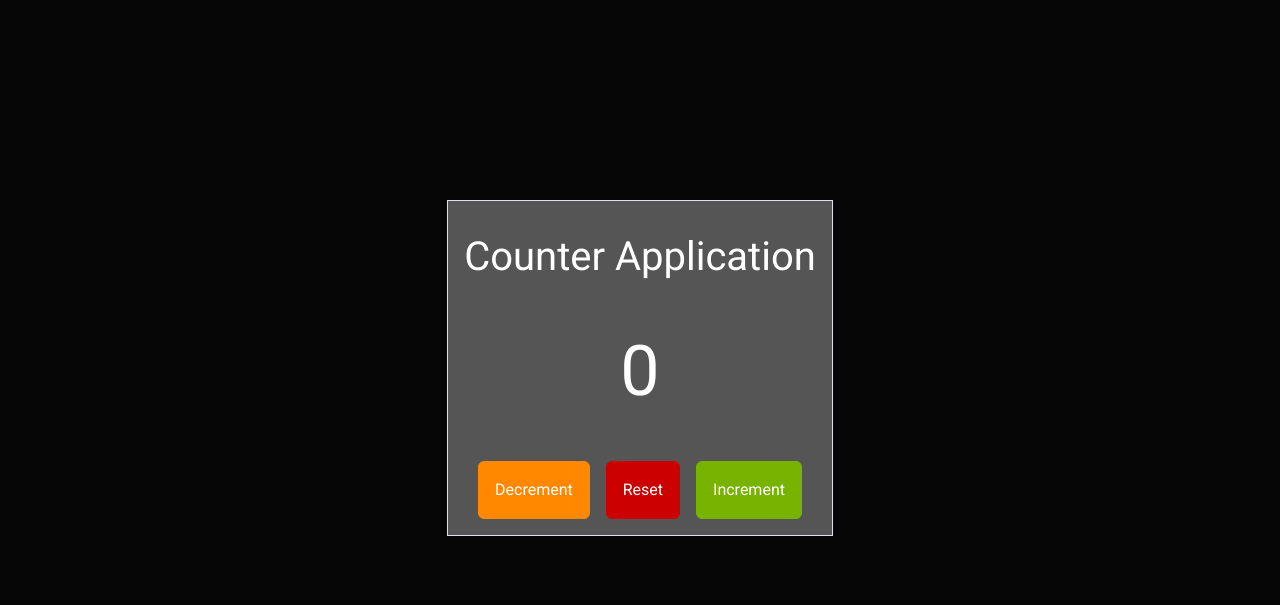
Repository: Afraz13/Emoboo
Page: /
An editor plug-in stored every save of this project. The page is shown before and after a run of saves, followed by the edit.
The browser window is 1280 px wide. The pictures show the whole page.
The project was rebuilt for these pictures with package versions that can differ from the ones it lists, and the page was loaded fresh each time.

Above is the page before, as saved 2024-08-15 16:11:04.

After the next 2 saves:
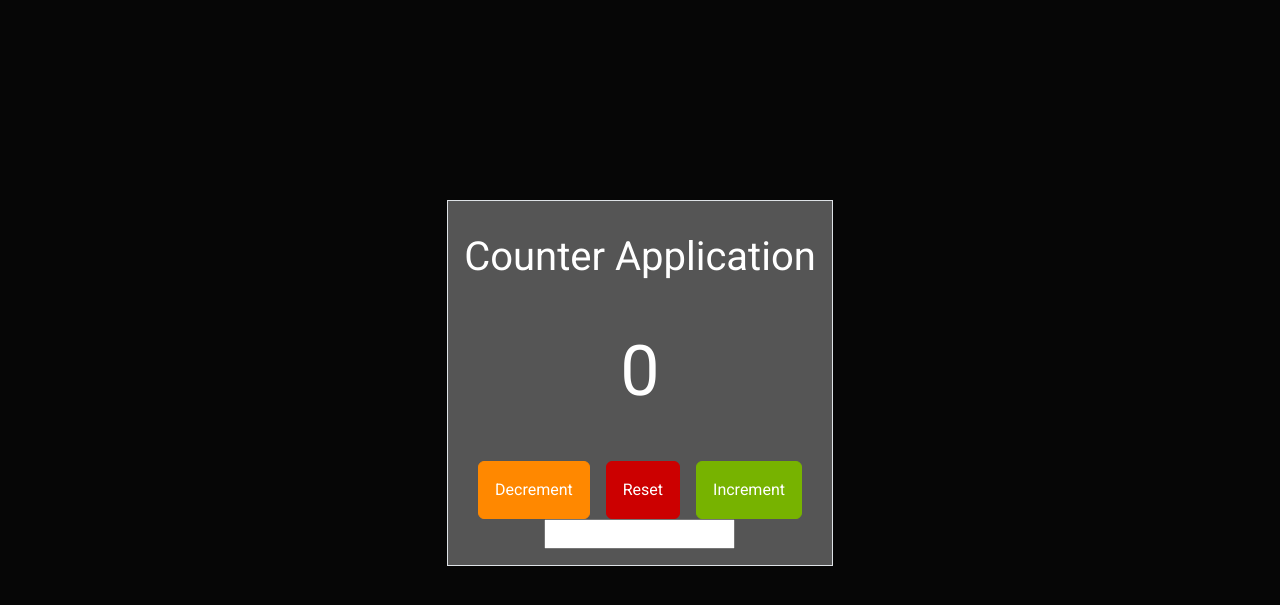
The 2 saves are shown as one change because they came seconds apart.
The last was saved 5 s later.
--- a/src/compontent/Counter.jsx
+++ b/src/compontent/Counter.jsx
@@ -18,7 +18,9 @@ function Counter() {
             <button onClick={()=>dispatch(increment())} className='btn btn-success p-3 ms-3'>Increment</button>
 
         </div>
-        <div></div>
+        <div>
+          <input type="text" />
+        </div>
         </div>
 
     </div>
